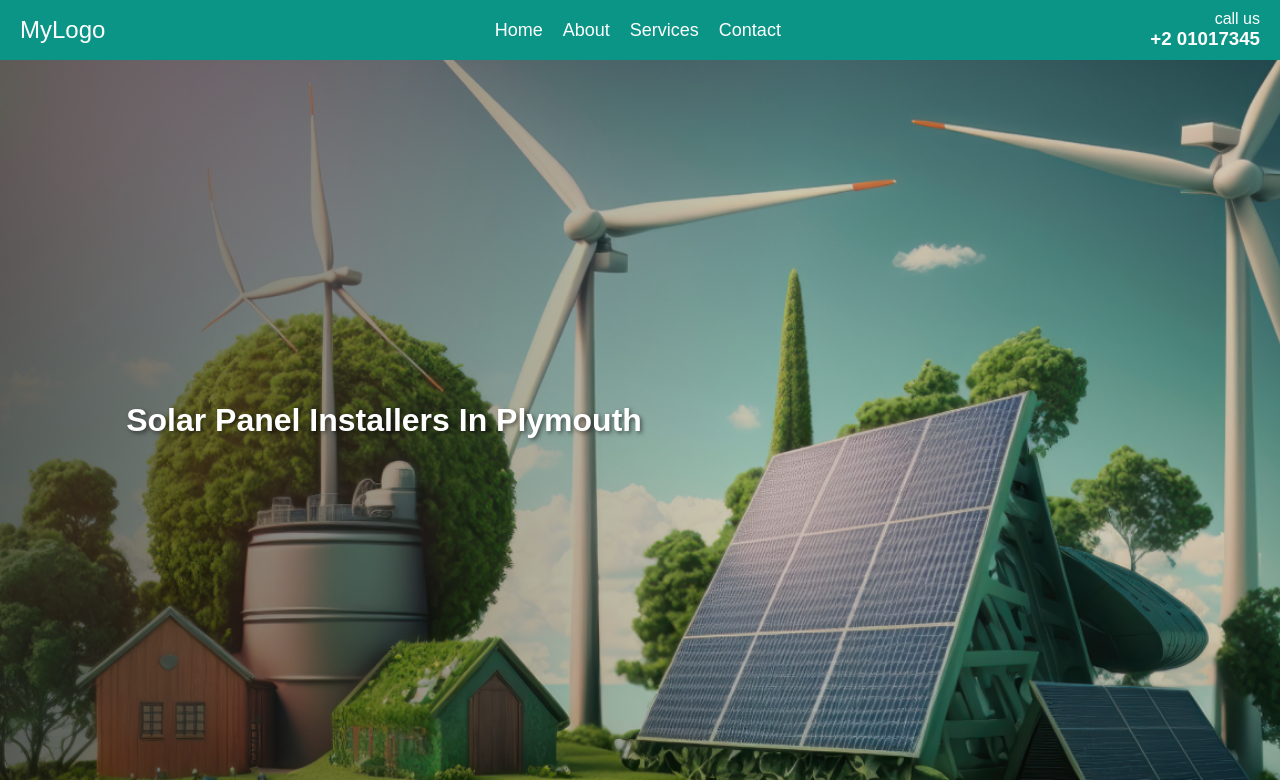
Repository: MaramNabil872/Landing-Page
Page: landingPage.html
The author's editor kept a copy of each file at every save. The page is drawn from the files as they stood at one save, then again after a run of saves.
The browser window is 1280 px wide. The pictures show the whole page.

Above is the page before, as saved 2024-10-20 20:24:58.

### landingPage.html
<!DOCTYPE html>
<html lang="en">
    <head>
        <meta charset="UTF-8" />
        <meta name="viewport" content="width=device-width, initial-scale=1.0" />
        <title>Landing Page</title>
        <link rel="stylesheet" href="landingPage.css" />
    </head>
    <body>
        <nav class="navbar">
            <div class="logo">MyLogo</div>

            <ul class="nav-links">
                <li><a href="#home">Home</a></li>
                <li><a href="#about">About</a></li>
                <li><a href="#services">Services</a></li>
                <li><a href="#contact">Contact</a></li>
            </ul>
            <div class="call">
                <p>call us</p>
                <h3>+2 01017345</h3>
            </div>
        </nav>

        <div class="image-container">
            <img
                src="images/solar-panels-meadow 1.png"
                alt="Background Image"
                class="background-image"
            />
            <div class="main-text">
                <h2 class="text-wallpaper">
                    Solar Panel Installers In Plymouth
                </h2>
                <br />
                <p>
                    Fueled is an award-winning technology consultancy that
                    transforms businesses by generating ideas, building
                    products, and accelerating growth.
                </p>
            </div>
        </div>
    </body>
</html>

### landingPage.css
* {
    margin: 0;
    padding: 0;
    box-sizing: border-box; /* Added for consistent sizing */
}

body {
    font-family: Arial, sans-serif;
}

.navbar {
    background-color: #0b9586;
    display: flex;
    justify-content: space-between;
    align-items: center;
    padding: 10px 20px;
    position: relative;
    flex-wrap: wrap; /* Allow items to wrap on smaller screens */
}

.logo {
    color: #fff;
    font-size: 24px;
}

.nav-links {
    list-style: none;
    display: flex;
    flex-wrap: wrap; /* Allow links to wrap on smaller screens */
}

.nav-links li {
    margin-left: 20px;
}

.nav-links a {
    text-decoration: none;
    color: white;
    font-size: 18px;
    transition: color 0.3s;
}

.nav-links a:hover {
    color: #f0a500;
}

.call {
    color: #fff;
    text-align: right; /* Align text to the right */
}

.image-container {
    position: relative;
    width: 100%;
    height: 100vh; /* Full screen height */
    overflow: hidden; /* Hide overflow */
}

.background-image {
    width: 100%;
    height: 100%;
    object-fit: cover; /* Ensure the image covers the entire container */
}

.text-wallpaper {
    position: absolute;
    top: 50%;
    left: 30%;
    transform: translate(-50%, -50%);
    color: white;
    font-size: 2rem;
    font-weight: bold;
    text-shadow: 2px 2px 4px rgba(0, 0, 0, 0.5);
}
.text-paragraph {
    position: absolute;

    transform: translate(-50%, -50%);
    color: white;
    font-size: 2rem;
    font-weight: bold;
    text-shadow: 2px 2px 4px rgba(0, 0, 0, 0.5);
}

/* Media Queries for Responsiveness */
@media (max-width: 768px) {
    .navbar {
        flex-direction: column; /* Stack items vertically */
        align-items: flex-start; /* Align items to the left */
    }

    .nav-links {
        margin-top: 10px; /* Space between navbar and links */
    }

    .nav-links li {
        margin-left: 0;
        margin-bottom: 10px; /* Space between links */
    }

    .text-overlay {
        font-size: 1.5rem; /* Smaller text size for mobile */
    }
}

@media (max-width: 480px) {
    .text-overlay {
        font-size: 1.2rem; /* Even smaller text size for very small screens */
    }

    .call h3 {
        font-size: 1.2rem; /* Adjust call size for small screens */
    }
}

After the next 2 saves:
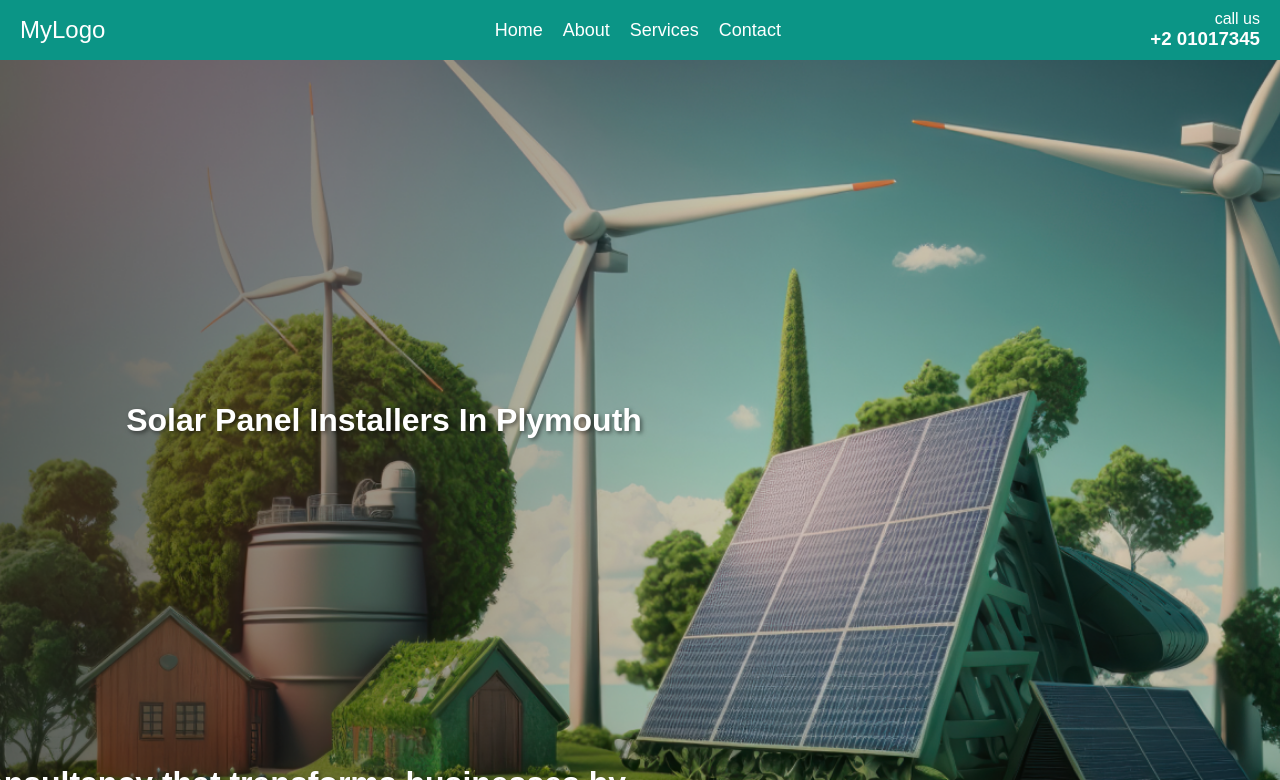
The 2 saves are shown as one change because they came seconds apart.
The last was saved 7 s later.
--- a/landingPage.html
+++ b/landingPage.html
@@ -33,7 +33,7 @@
                     Solar Panel Installers In Plymouth
                 </h2>
                 <br />
-                <p>
+                <p class="text-paragraph">
                     Fueled is an award-winning technology consultancy that
                     transforms businesses by generating ideas, building
                     products, and accelerating growth.

After the 5 saves that followed:
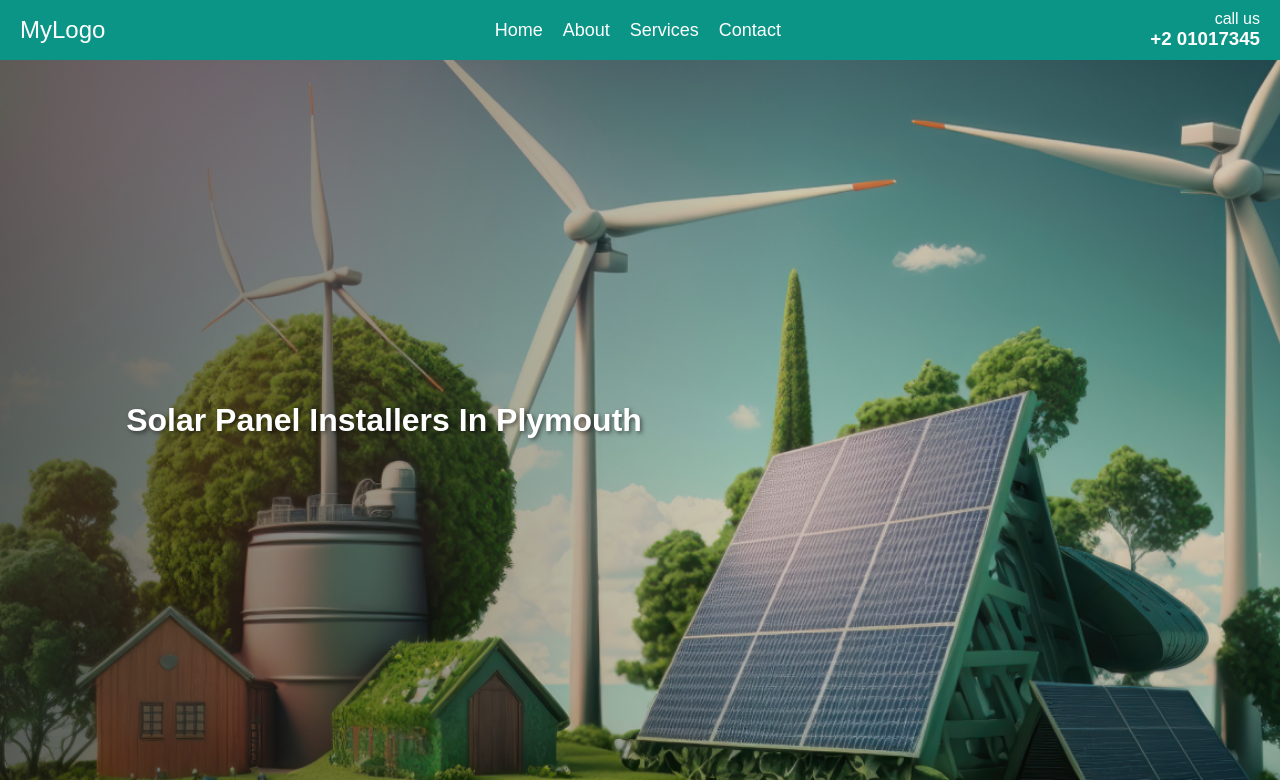
The 5 saves are shown as one change because they came seconds apart.
The last was saved 73 s later.
--- a/landingPage.css
+++ b/landingPage.css
@@ -61,20 +61,13 @@ body {
     height: 100%;
     object-fit: cover; /* Ensure the image covers the entire container */
 }
+.main-text{
 
+}
 .text-wallpaper {
     position: absolute;
     top: 50%;
     left: 30%;
-    transform: translate(-50%, -50%);
-    color: white;
-    font-size: 2rem;
-    font-weight: bold;
-    text-shadow: 2px 2px 4px rgba(0, 0, 0, 0.5);
-}
-.text-paragraph {
-    position: absolute;
-
     transform: translate(-50%, -50%);
     color: white;
     font-size: 2rem;
